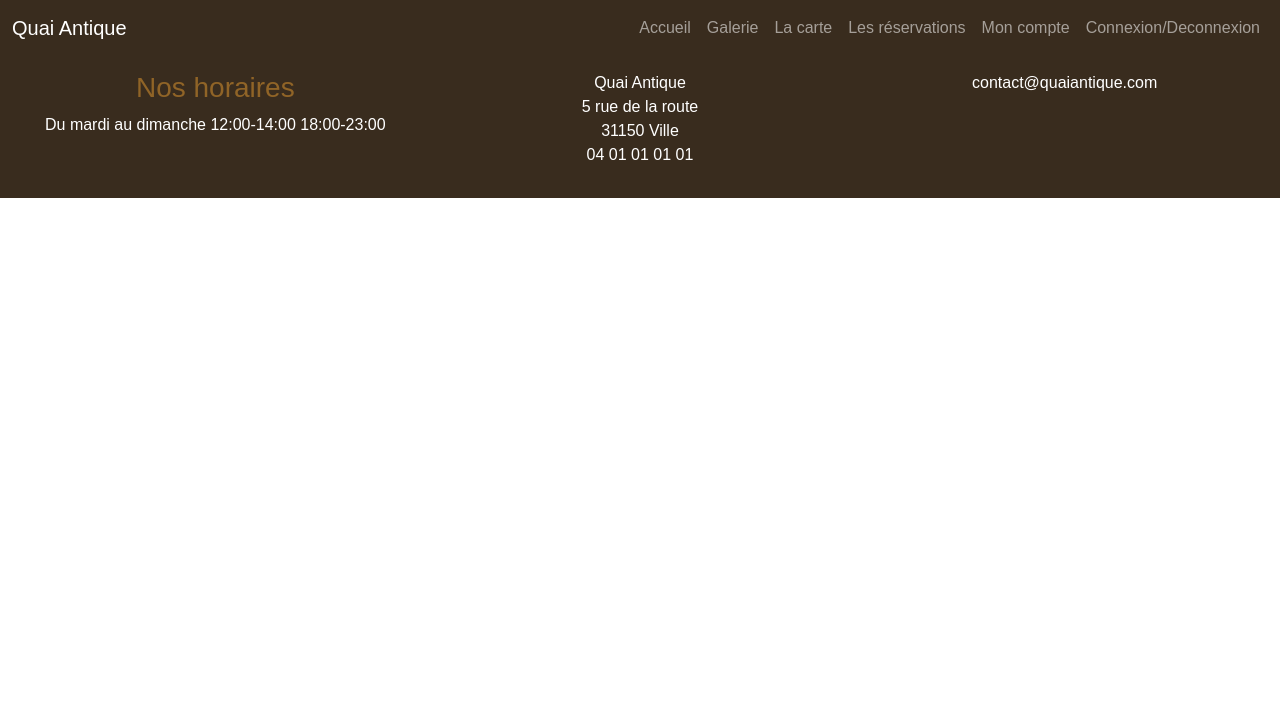
Repository: lemonhao9/QuaiAntiqueRestaurantFront
Page: index.html
An editor plug-in stored every save of this project. The page is shown before and after the next save, followed by the edit.
The browser window is 1280 px wide. The pictures show the whole page.
Some web fonts or font styles are not loaded; a fallback is used. Some web libraries are served in a nearby version. The style sheet was rebuilt from its Sass, Less or Tailwind sources for each picture, by a compiler version that may differ from the author's.

Above is the page before, as saved 2025-01-21 17:28:41.
Console error: TypeError: Cannot set properties of null (setting 'innerHTML')

After the next save:
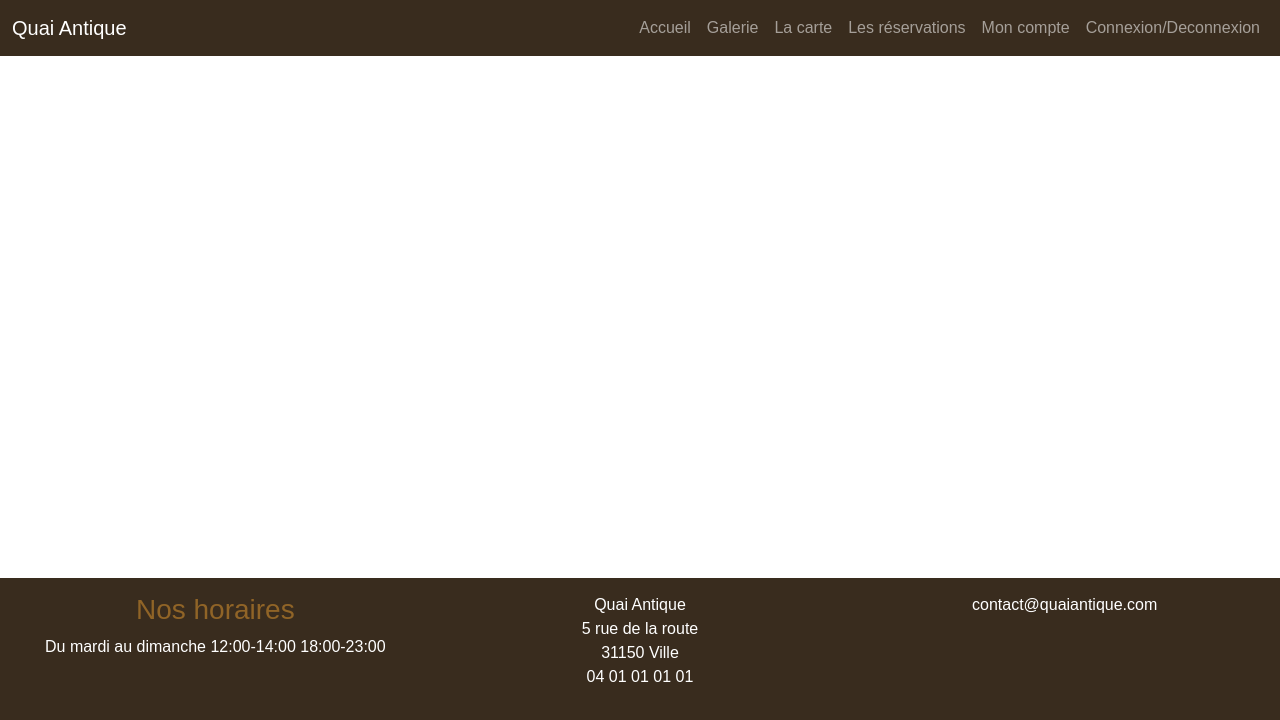
Saved 2 min 1 s later.
--- a/scss/main.scss
+++ b/scss/main.scss
@@ -1,6 +1,14 @@
 @import url(/node_modules/bootstrap-icons/font/bootstrap-icons.css);
 @import 'custom';
 
+html{
+    position:relative;
+    min-height: 100%;
+}
+
 footer.footer{
     padding: 15px;
+    position: absolute;
+    bottom: 0;
+    width: 100%
 }
